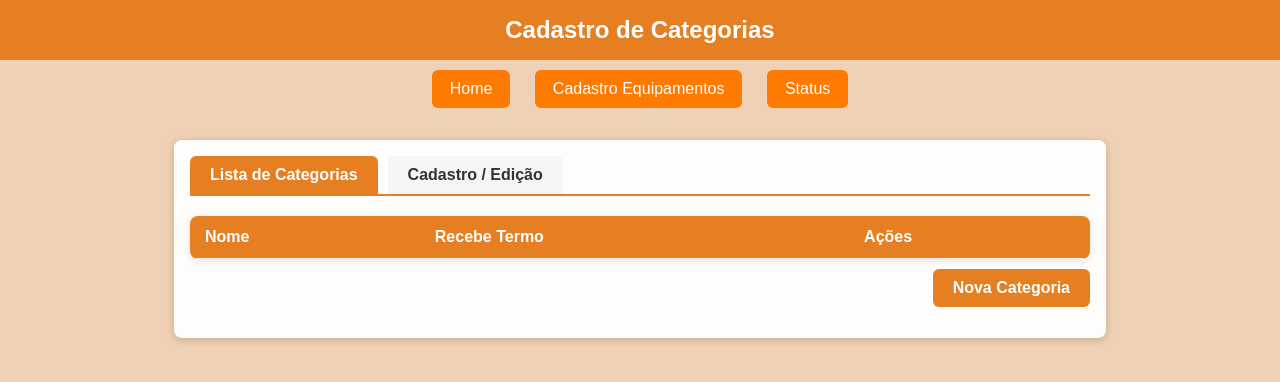
Repository: davyjales/inventario-TI
Page: categorias.html
The author's editor kept a copy of each file at every save. The page is drawn from the files as they stood at one save, then again after the next save.
The browser window is 1280 px wide. The pictures show the whole page.
The page's requests for data from a server got no answer.

Above is the page before, as saved 2025-08-10 18:48:00.

### categorias.html
<!DOCTYPE html>
<html lang="pt-BR">
<head>
  <meta charset="UTF-8" />
  <meta name="viewport" content="width=device-width, initial-scale=1" />
  <title>Cadastro de Categorias</title>
  <link rel="stylesheet" href="css/style.css" />
  <style>
    /* Header styles */
    header {
      background-color: #e67e22;
      color: white;
      padding: 1rem;
      display: flex;
      justify-content: space-between;
      align-items: center;
      gap: 10px;
    }
    header h1 {
      margin: 0;
      font-size: 1.5rem;
      flex-grow: 1;
    }
    header nav button {
      background-color: transparent;
      border: 1px solid white;
      color: white;
      padding: 8px 15px;
      border-radius: 6px;
      cursor: pointer;
      font-weight: 600;
      transition: background-color 0.3s ease;
    }
    header nav button:hover {
      background-color: white;
      color: #e67e22;
    }

    /* Tabs styles */
    .tabs {
      display: flex;
      border-bottom: 2px solid #e67e22;
      margin-bottom: 20px;
      gap: 10px;
    }
    .tab-button {
      padding: 10px 20px;
      cursor: pointer;
      background-color: #f5f5f5;
      border: none;
      border-radius: 6px 6px 0 0;
      font-weight: 600;
      color: #333;
      transition: background-color 0.3s ease;
    }
    .tab-button.active {
      background-color: #e67e22;
      color: white;
      font-weight: 700;
    }
    .tab-content {
      display: none;
    }
    .tab-content.active {
      display: block;
    }

    /* Table styles */
    table {
      width: 100%;
      border-collapse: collapse;
      box-shadow: 0 2px 8px rgba(0,0,0,0.1);
      border-radius: 8px;
      overflow: hidden;
    }
    th, td {
      padding: 12px 15px;
      text-align: left;
      border-bottom: 1px solid #eee;
    }
    th {
      background-color: #e67e22;
      color: white;
      font-weight: 600;
    }
    tr:hover {
      background-color: #f9f9f9;
    }

    /* Form styles */
    form label {
      display: block;
      margin-top: 1rem;
      font-weight: bold;
      color: #333;
    }
    form input[type="text"],
    form textarea,
    form select,
    form input[type="checkbox"] {
      margin-top: 0.25rem;
      padding: 8px 10px;
      border-radius: 6px;
      border: 1px solid #ccc;
      font-size: 1rem;
      width: 100%;
      box-sizing: border-box;
    }
    form button {
      margin-top: 1.5rem;
      padding: 10px 20px;
      background-color: #e67e22;
      color: white;
      border: none;
      border-radius: 6px;
      cursor: pointer;
      font-size: 1rem;
      font-weight: 600;
      transition: background-color 0.3s ease;
    }
    form button:hover {
      background-color: #d35400;
    }
    .form-actions {
      display: flex;
      gap: 10px;
    }

    /* Button styles */
    #btn-nova-categoria {
      background-color: #e67e22;
      color: white;
      border: none;
      padding: 10px 20px;
      border-radius: 6px;
      cursor: pointer;
      font-weight: 600;
      margin-bottom: 15px;
      transition: background-color 0.3s ease;
    }
    #btn-nova-categoria:hover {
      background-color: #d35400;
    }
  </style>
</head>
<body>
  <header>
    <h1>Cadastro de Categorias</h1>
  </header>
  <nav style="text-align: center; margin: 10px 0;">
    <button id="btn-home" style="margin: 0 10px;">Home</button>
    <button id="btn-cadastro-equip" style="margin: 0 10px;">Cadastro Equipamentos</button>
    <button id="btn-status" style="margin: 0 10px;">Status</button>
  </nav>

  <main>
    <div class="tabs">
      <button class="tab-button active" data-tab="tab-lista">Lista de Categorias</button>
      <button class="tab-button" data-tab="tab-form">Cadastro / Edição</button>
    </div>

    <section id="tab-lista" class="tab-content active">
      <table>
        <thead>
          <tr>
            <th>Nome</th>
            <th>Recebe Termo</th>
            <th>Ações</th>
          </tr>
        </thead>
        <tbody id="categorias-tbody">
          <!-- Lista de categorias será inserida aqui -->
        </tbody>
      </table>
      <div style="text-align: right; margin-top: 10px;">
        <button id="btn-nova-categoria" style="display: inline-block;">Nova Categoria</button>
      </div>
    </section>

    <section id="tab-form" class="tab-content">
      <h2 id="form-titulo">Nova Categoria</h2>
      <form id="categoria-form">
        <label>
          Nome da Categoria:
          <input type="text" id="nome-categoria" name="nome" required />
        </label>
        <label>
          Recebe Termo:
          <input type="checkbox" id="recebe-termo" name="recebe_termo" />
        </label>

        <h3>Campos da Categoria</h3>
        <div id="campos-container">
          <!-- Campos dinâmicos serão adicionados aqui -->
        </div>
        <button type="button" id="btn-adicionar-campo" style="margin-top: 10px; margin-bottom: 20px;">Adicionar Campo</button>

        <div class="form-actions">
          <button type="submit" id="btn-salvar">Salvar</button>
          <button type="button" id="btn-cancelar">Cancelar</button>
        </div>
      </form>
    </section>
  </main>

  <script src="js/cadastroCategorias.js"></script>
  <script src="js/cadastroCategoriasTabs.js"></script>
  <script>
    // Navigation buttons
    document.getElementById('btn-home').addEventListener('click', () => {
      window.location.href = 'index.html';
    });
    document.getElementById('btn-cadastro-equip').addEventListener('click', () => {
      window.location.href = 'cadastroEquipamentos.html';
    });
    document.getElementById('btn-status').addEventListener('click', () => {
      window.location.href = 'status.html';
    });
  </script>
</body>
</html>

### css/style.css
/* Existing styles are preserved */

/* Styles for additional fields in category creation */
#campos-adicionais-container {
  margin-top: 10px;
}

.campo-adicional-item {
  display: flex;
  align-items: center;
  gap: 10px;
  margin-bottom: 5px;
}

.campo-adicional-item input[type="text"] {
  flex: 1;
  padding: 6px 8px;
  border: 1px solid #ccc;
  border-radius: 4px;
}

.campo-adicional-item input[type="checkbox"] {
  width: 18px;
  height: 18px;
  cursor: pointer;
}

#btn-adicionar-campo {
  background-color: #b9610f;
  color: white;
  border: none;
  padding: 5px 10px;
  border-radius: 4px;
  cursor: pointer;
}

#btn-adicionar-campo:hover {
  background-color: #a0500d;
}

.btn-remover-campo {
  background-color: #e74c3c;
  color: white;
  border: none;
  padding: 2px 8px;
  border-radius: 4px;
  cursor: pointer;
}

.btn-remover-campo:hover {
  background-color: #c0392b;
}

/* Styles for additional fields in equipment registration */
#campos-adicionais-equipamento > div {
  margin-bottom: 10px;
}

#campos-adicionais-equipamento label {
  font-weight: bold;
  display: block;
  margin-bottom: 4px;
}

#campos-adicionais-equipamento input[type="text"] {
  width: 100%;
  padding: 6px 8px;
    box-shadow: 0 2px 8px rgba(0, 0, 0, 0.2);
    position: relative;
    z-index: 1;
}

.page-section {
    display: none;
    font-family: 'Segoe UI', Tahoma, Geneva, Verdana, sans-serif;
    max-width: 1200px;
    margin: 20px auto;
    padding: 25px;
    background-color: #fff;
    border-radius: 10px;
    box-shadow: 0 4px 12px rgba(0, 0, 0, 0.08);
}

.page-section.active {
    display: block;
}

/* === RESET === */
body {
    font-family: Arial, sans-serif;
    margin: 0;
    padding: 0;
    background-color: #f4f4f4;
    /* background-image: url('../images/visteon-bg.jpg.jpg'); */
    background-size: cover;
    background-position: center;
    background-repeat: no-repeat;
    position: relative;
    z-index: 0;
}

body::before {
    content: "";
    position: fixed;
    top: 0;
    left: 0;
    width: 100%;
    height: 100%;
    background-color: rgba(230, 126, 34, 0.3);
    z-index: -1;
}

/* === HEADER === */
header {
    background-color: #e67e22;
    color: white;
    padding: 1rem;
    text-align: center;
}

.nav-menu {
    list-style: none;
    padding: 0;
    margin: 0;
    display: flex;
    justify-content: center;
    background-color: transparent;
}

.nav-menu li {
    margin: 0 1rem;
}

.nav-menu li a {
    color: white;
    text-decoration: none;
    font-weight: bold;
    padding: 0.5rem 1rem;
    border-radius: 4px;
    transition: background-color 0.3s ease;
}

.nav-menu li a.active,
.nav-menu li a:hover {
    background-color: #d35400;
}

/* === MAIN === */
main {
    max-width: 900px;
    margin: 2rem auto;
    padding: 1rem;
    background-color: rgba(255, 255, 255, 0.95);
    border-radius: 8px;
    box-shadow: 0 2px 8px rgba(0, 0, 0, 0.2);
    position: relative;
    z-index: 1;
}

.page-section {
    display: none;
}

.page-section.active {
    display: block;
}

/* === HOME === */
#home h2 {
    text-align: center;
    color: black;
}

.home-functions {
    display: flex;
    gap: 1rem;
    justify-content: center;
    margin-top: 2rem;
}

.home-functions button {
    padding: 1rem 2rem;
    font-size: 1rem;
    cursor: pointer;
    background-color: black;
    color: white;
    border: none;
    border-radius: 6px;
    transition: background-color 0.3s ease;
}

.home-functions button:hover {
    background-color: #333;
}

/* === EQUIPAMENTOS === */
.equipment-list {
    display: grid;
    grid-template-columns: repeat(auto-fill, minmax(250px, 1fr));
    gap: 1rem;
    margin-top: 1rem;
}

.equipment-list > div {
    background-color: #fff;
    padding: 1rem;
    border-radius: 6px;
    box-shadow: 0 1px 3px rgba(0, 0, 0, 0.1);
    cursor: pointer;
    transition: transform 0.2s, background-color 0.2s;
}

.equipment-list > div:hover {
    transform: translateY(-3px);
    background-color: #f9f9f9;
}

.equipment-list h3 {
    margin: 0 0 0.5rem;
    font-size: 1.1rem;
    color: #e67e22;
}

.equipment-list p {
    margin: 0;
    font-size: 0.9rem;
    color: #444;
}

.equipment-details {
    background-color: #fff;
    padding: 1rem;
    border-radius: 6px;
    box-shadow: 0 2px 6px rgba(0, 0, 0, 0.1);
}

.hidden {
    display: none;
}

/* === FORMULÁRIOS === */
form label {
    display: block;
    margin-top: 1rem;
    font-weight: bold;
    color: #333;
}

form input[type="text"],
form textarea,
form select,
form input[type="file"] {
    width: 100%;
    padding: 0.5rem;
    margin-top: 0.25rem;
    border: 1px solid #ccc;
    border-radius: 4px;
    box-sizing: border-box;
    background-color: white;
}

form button[type="submit"] {
    margin-top: 1.5rem;
    padding: 0.75rem 1.5rem;
    background-color: #e67e22;
    color: white;
    border: none;
    border-radius: 6px;
    cursor: pointer;
    font-size: 1rem;
}

form button[type="submit"]:hover {
    background-color: #d35400;
}

.termo-options {
    display: flex;
    gap: 2rem;
    margin-top: 0.5rem;
}

#categoria-lista {
    list-style: none;
    padding: 0;
    margin-top: 1rem;
}

#categoria-lista li {
    background-color: #fff;
    margin-bottom: 0.5rem;
    padding: 0.5rem 1rem;
    border-radius: 4px;
    box-shadow: 0 1px 3px rgba(0, 0, 0, 0.1);
}
#categoria-lista li span {
    font-weight: bold;
    color: #e67e22;
}

/* === TABELA DE USUÁRIOS === */
.user-table {
    width: 100%;
    border-collapse: collapse;
    margin-top: 2rem;
    background-color: #fff;
    box-shadow: 0 2px 6px rgba(0, 0, 0, 0.1);
    border-radius: 8px;
    overflow: hidden;
}

.user-table thead {
    background-color: #e67e22;
    color: white;
}

.user-table thead th {
    padding: 1rem;
    text-align: left;
    font-weight: bold;
    border-bottom: 2px solid #d35400;
}

.user-table tbody td  {
    padding: 0.75rem 0.75rem;
    border-bottom: 1px solid #eee;
    color: #333;
}

.user-table tbody tr:hover {
    background-color: #f9f9f9;
}

.user-table td .action-btn .checkbox{
    display: inline-flex;
    align-items: center;
    justify-content: center;
    margin: 0.2rem;
    padding: 0.75rem 0.75rem;
    font-size: 0.85rem;
    font-weight: bold;
    border: none;
    border-radius: 5px;
    cursor: pointer;
    color: white;
    transition: all 0.3s ease;
    min-width: 140px;
    text-align: center;
    box-shadow: 0 2px 4px rgba(0, 0, 0, 0.1);
}

.btn-admin {
    background-color: #3498db;
}
.btn-admin:hover {
    background-color: #2980b9;
}

.btn-auth {
    background-color: #27ae60;
}
.btn-auth:hover {
    background-color: #1e8449;
}

/*.btn-delete {
    background-color: #e74c3c;
}
.btn-delete:hover {
    background-color: #c0392b;
} */
.btn-inventariante {
  background-color: #f39c12;
}
.btn-inventariante:hover {
  background-color: #d68910;
}/*
.btn-password {
    background-color: #8e44ad;
}*/

.modal {
  position: fixed;
  top: 0; left: 0;
  width: 100vw; height: 100vh;
  background: rgba(0, 0, 0, 0.4);
  display: flex; justify-content: center; align-items: center;
  z-index: 999;
}
.modal-content {
  background: white;
  padding: 2rem;
  border-radius: 8px;
  max-width: 400px;
  width: 90%;
  box-shadow: 0 2px 10px rgba(0,0,0,0.3);
}
.modal-buttons {
  margin-top: 1rem;
  display: flex;
  gap: 1rem;
  justify-content: flex-end;
}
.hidden {
  display: none !important;
}

.centralizado {
  text-align: center;
  vertical-align: middle;
}

/* === NAVIGATION DROPDOWN MENU === */
.nav-dropdown {
  position: relative;
}

.dropdown-menu {
  position: absolute;
  top: 100%;
  left: 0;
  background-color: #e67e22;
  list-style: none;
  padding: 0.5rem 0;
  margin: 0;
  opacity: 0;
  visibility: hidden;
  transition: opacity 0.3s ease;
  border-radius: 0 0 6px 6px;
  min-width: 180px;
  z-index: 10;
}

.dropdown-menu li {
  margin: 0;
}

.dropdown-menu li a {
  display: block;
  padding: 0.5rem 1rem;
  color: white;
  text-decoration: none;
  font-weight: normal;
  transition: background-color 0.3s ease;
}

.dropdown-menu li a:hover {
  background-color: #d35400;
}

.nav-dropdown:hover .dropdown-menu {
  opacity: 1;
  visibility: visible;
}

/* ===== ESTILOS DA ABA DE HISTÓRICO ===== */

/* Controles de abas */
.tab-buttons {
  display: flex;
  margin: 20px 0 15px 0;
  border-bottom: 1px solid #ddd;
}

.tab-btn {
  padding: 10px 20px;
  background: #f5f5f5;
  border: none;
  border-radius: 5px 5px 0 0;
  cursor: pointer;
  margin-right: 5px;
  font-weight: 600;
  transition: all 0.3s ease;
}

.tab-btn:hover {
  background: #e0e0e0;
}

.tab-btn.active {
  background: #b9610f;
  color: white;
}

/* Abas */
.report-tab,
.history-tab {
  display: none;
}

.report-tab.active,
.history-tab.active {
  display: block;
}

/* Barra de pesquisa do histórico */
.history-search {
  display: flex;
  gap: 10px;
  margin-bottom: 15px;
  flex-wrap: wrap;
  align-items: center;
}

.history-search input,
.history-search select {
  padding: 8px 12px;
  border: 1px solid #ddd;
  border-radius: 4px;
  font-size: 14px;
}

.history-search button {
  padding: 8px 15px;
  background: #b9610f;
  color: white;
  border: none;
  border-radius: 4px;
  cursor: pointer;
  transition: background 0.3s;
}

.history-search button:hover {
  background: #a3560d;
}

/* Tabela de histórico */
.tabela-historico {
  width: 100%;
  border-collapse: collapse;
}

.tabela-historico th {
  background-color: #b9610f;
  color: white;
  padding: 12px 15px;
  text-align: left;
  font-weight: 500;
  position: sticky;
  top: 0;
}

.tabela-historico td {
  padding: 12px 15px;
  border-bottom: 1px solid #eee;
  vertical-align: top;
}

.tabela-historico tr:nth-child(even) {
  background-color: #f9f9f9;
}

.tabela-historico tr:hover {
  background-color: #f0f7ff;
}

/* Detalhes das alterações */
.change-details {
  font-size: 13px;
}

.change-details ul {
  margin: 0;
  padding-left: 18px;
}

.change-details li {
  margin-bottom: 3px;
}

/* Responsividade */
@media (max-width: 768px) {
  .history-search {
    flex-direction: column;
    align-items: stretch;
  }

  .history-search input,
  .history-search select,
  .history-search button {
    width: 100%;
  }

  .tabela-historico {
    display: block;
    overflow-x: auto;
  }

  .tab-buttons {
    overflow-x: auto;
    white-space: nowrap;
    display: block;
    padding-bottom: 5px;
  }

  .tab-btn {
    display: inline-block;
    margin-bottom: 5px;
  }
}

/* Estilos para listas editáveis */
.editable-list {
  list-style: none;
  padding: 0;
  margin: 0;
  width: 100%; /* Garante que a lista ocupe toda a largura */
}

/* Estilo para os itens da lista */
.editable-list li {
  display: flex;
  justify-content: space-between;
  align-items: center;
  padding: 12px 15px;
  margin-bottom: 8px;
  background-color: #f8f9fa;
  position: relative; /* Necessário para o pseudo-elemento */
  width: 100%; /* Ocupa toda a largura disponível */
  box-sizing: border-box; /* Inclui padding na largura total */
}

/* Borda lateral usando pseudo-elemento */
.editable-list li::before {
  content: '';
  position: absolute;
  left: 0;
  top: 0;
  bottom: 0;
  width: 3px;
  background-color: #b9610f;
  border-radius: 3px 0 0 3px;
}

/* Estilo para as ações (ícones) */
.editable-actions {
  display: flex;
  gap: 10px;
  margin-left: 10px;
}

/* Estilo para o container principal */

.editable-actions button {
  background: none;
  border: none;
  cursor: pointer;
  font-size: 16px;
  padding: 5px;
  border-radius: 4px;
  transition: all 0.2s;
}

.editable-actions button:hover {
  background-color: #f0f0f0;
}


/* Modal de edição */
.modal {
  position: fixed;
  top: 0;
  left: 0;
  width: 100%;
  height: 100%;
  background-color: rgba(0, 0, 0, 0.5);
  display: flex;
  justify-content: center;
  align-items: center;
  z-index: 1000;
}

.modal-content {
  background-color: white;
  padding: 25px;
  border-radius: 8px;
  width: 90%;
  max-width: 500px;
  max-height: 80vh;
  overflow-y: auto;
}

.modal-input {
  width: 100%;
  padding: 10px;
  margin: 10px 0;
  border: 1px solid #ddd;
  border-radius: 4px;
}

.modal-buttons {
  display: flex;
  justify-content: flex-end;
  gap: 10px;
  margin-top: 20px;
}

.btn-primary {
  background-color: #b9610f;
  color: white;
  border: none;
  padding: 8px 16px;
  border-radius: 4px;
  cursor: pointer;
}

.btn-cancel {
  background-color: #6c757d;
  color: white;
  border: none;
  padding: 8px 16px;
  border-radius: 4px;
  cursor: pointer;
}

.btn-add-field {
  background-color: #28a745;
  color: white;
  border: none;
  padding: 6px 12px;
  border-radius: 4px;
  cursor: pointer;
  margin-top: 10px;
  font-size: 14px;
}

.campo-adicional-item {
  display: flex;
  align-items: center;
  gap: 10px;
  margin-bottom: 10px;
  padding: 8px;
  background-color: #f8f9fa;
  border-radius: 4px;
}

.campo-adicional-item input[type="text"] {
  flex-grow: 1;
  padding: 6px;
  border: 1px solid #ddd;
  border-radius: 4px;
}

.campo-adicional-item .btn-remove-field {
  color: #dc3545;
  background: none;
  border: none;
  cursor: pointer;
}

.export-controls {
  margin: 15px 0;
  text-align: right;
}

.export-controls .btn-success {
  background-color: #28a745;
  color: white;
  border: none;
  padding: 8px 16px;
  font-size: 14px;
  border-radius: 4px;
  cursor: pointer;
  transition: background-color 0.3s ease;
}

.export-controls .btn-success:hover {
  background-color: #218838;
}


#cadastro-equipamentos {
  background: #fff;
  border-radius: 12px;
  padding: 25px 30px;
  max-width: 650px;
  margin: auto;
  box-shadow: 0px 4px 15px rgba(0,0,0,0.08);
}

#cadastro-equipamentos h2 {
  margin-bottom: 20px;
  font-size: 1.6rem;
  font-weight: 600;
  color: #333;
}

.form-group {
  display: flex;
  flex-direction: column;
  margin-bottom: 15px;
}

.form-group-inline {
  display: flex;
  align-items: center;
  gap: 15px;
  margin-bottom: 15px;
}

label {
  margin-bottom: 5px;
  font-weight: 500;
}

input[type="text"],
textarea,
select {
  padding: 8px 10px;
  border-radius: 6px;
  border: 1px solid #ccc;
  font-size: 0.95rem;
  transition: border-color 0.2s ease-in-out;
}

input[type="text"]:focus,
textarea:focus,
select:focus {
  border-color: #ff7a00;
  outline: none;
}

button {
  background: #ff7a00;
  color: #fff;
  padding: 10px 18px;
  border: none;
  border-radius: 6px;
  font-size: 1rem;
  cursor: pointer;
  transition: background 0.2s ease-in-out;
}

button:hover {
  background: #e96d00;
}

.hidden {
  display: none;
}

### js/cadastroCategoriasTabs.js
// cadastroCategoriasTabs.js
document.addEventListener("DOMContentLoaded", () => {
  const tabButtons = document.querySelectorAll(".tab-button");
  const tabContents = document.querySelectorAll(".tab-content");

  tabButtons.forEach(button => {
    button.addEventListener("click", () => {
      const target = button.getAttribute("data-tab");

      tabButtons.forEach(btn => btn.classList.remove("active"));
      tabContents.forEach(content => content.classList.remove("active"));

      button.classList.add("active");
      const targetContent = document.getElementById(target);
      if (targetContent) {
        targetContent.classList.add("active");
      }
    });
  });
});

Loaded but not shown: js/cadastroCategorias.js (258 lines, source omitted)

After the next save:
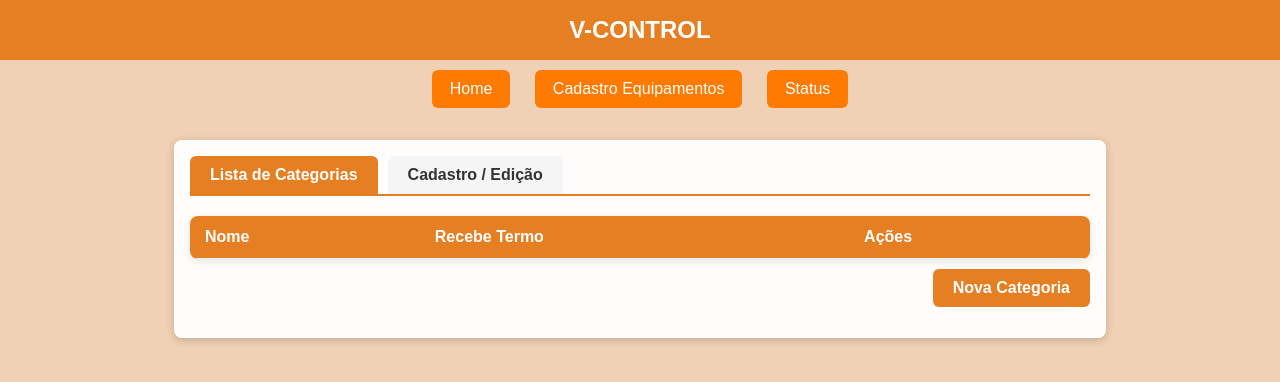
Saved 31 s later.
--- a/categorias.html
+++ b/categorias.html
@@ -3,7 +3,7 @@
 <head>
   <meta charset="UTF-8" />
   <meta name="viewport" content="width=device-width, initial-scale=1" />
-  <title>Cadastro de Categorias</title>
+  <title>V-CONTROL</title>
   <link rel="stylesheet" href="css/style.css" />
   <style>
     /* Header styles */
@@ -145,7 +145,7 @@
 </head>
 <body>
   <header>
-    <h1>Cadastro de Categorias</h1>
+    <h1>V-CONTROL</h1>
   </header>
   <nav style="text-align: center; margin: 10px 0;">
     <button id="btn-home" style="margin: 0 10px;">Home</button>
